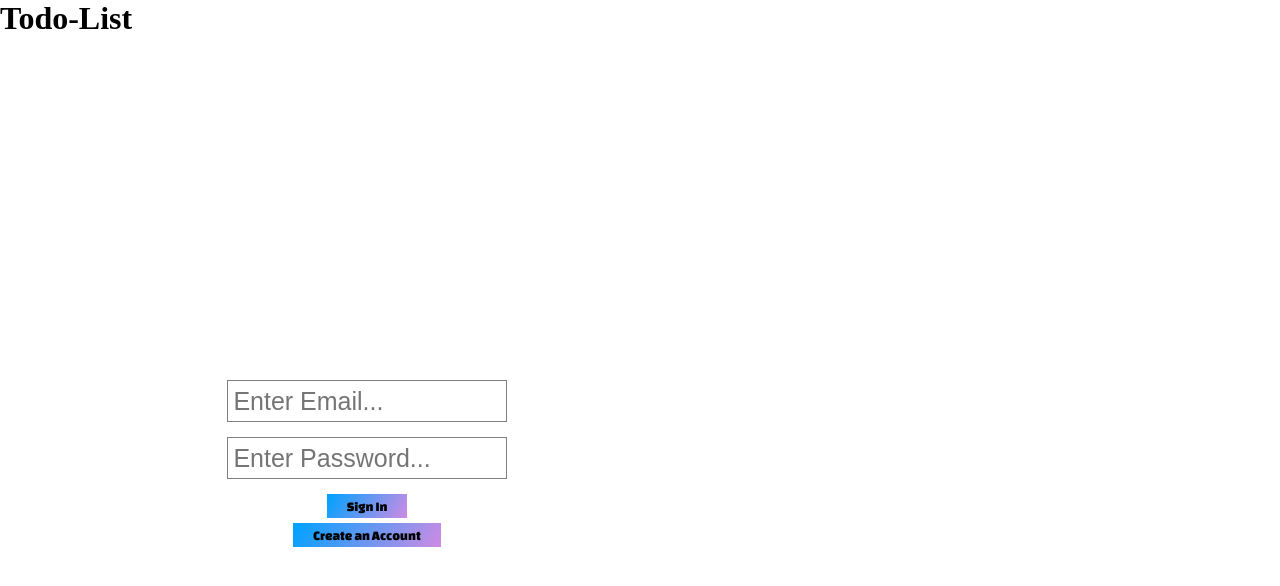
Repository: itadori17/final-fire-todo
Page: /
These files come from the project's save history. The page is drawn as it stood at one moment and after the next save; the edit follows.
The browser window is 1280 px wide. The pictures show the whole page.
The project was rebuilt for these pictures with package versions that can differ from the ones it lists, and the page was loaded fresh each time. Also part of the build but not shown: src/App.css, src/components/homepage.css, src/components/Homepage.js, src/components/Register.js.

Above is the page before, as saved 2022-07-08 14:49:58.

After the next save:
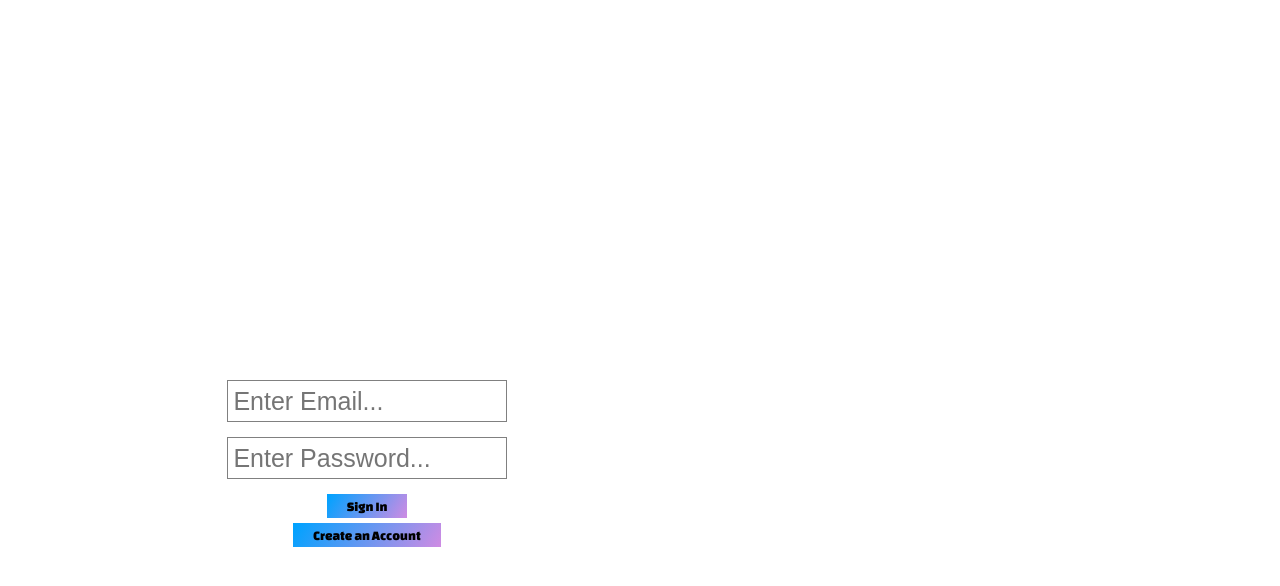
Saved 32 s later.
--- a/src/components/welcome.css
+++ b/src/components/welcome.css
@@ -20,7 +20,15 @@
   position: center;
   color: white;
 }
-
+h1 {
+    font-family: "Changa One";
+    font-weight: normal;
+    font-size: 144px;
+    left: 46px;
+    top: 155px;
+    position: center;
+    color: white;
+  }
 .login-register-container {
   position: absolute;
   display: flex;

After the 2 saves that followed:
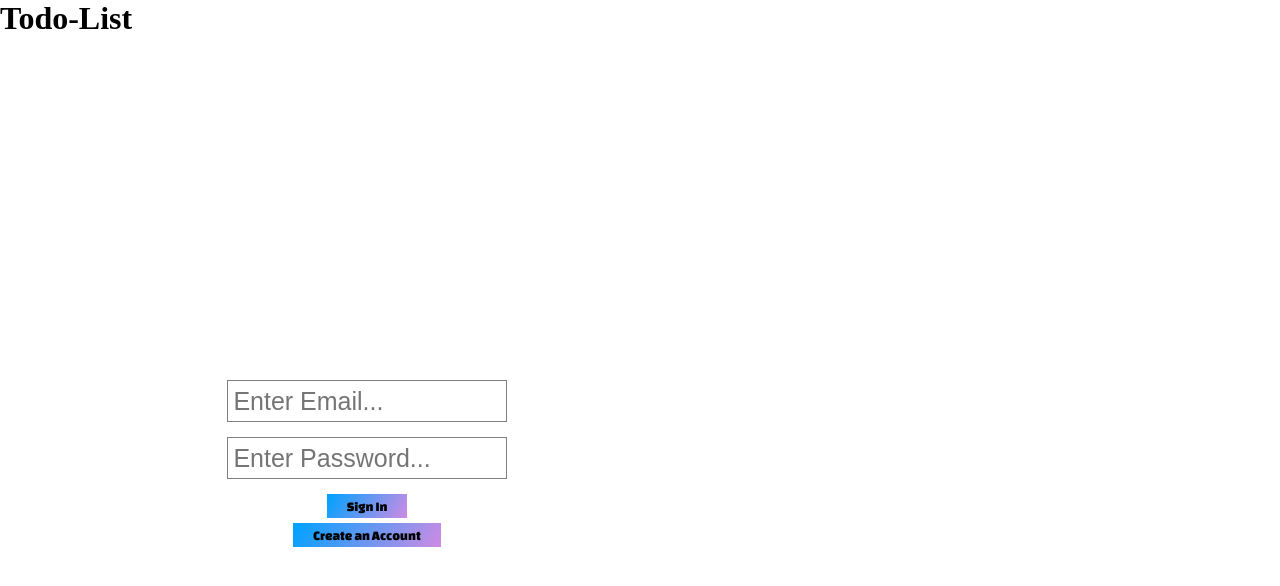
The 2 saves are shown as one change because 1 left the picture as it was.
The last was saved 36 s later.
--- a/src/components/welcome.css
+++ b/src/components/welcome.css
@@ -12,6 +12,7 @@
 }
 
 .welcome > h1 {
+    display: flex;
   font-family: "Changa One";
   font-weight: normal;
   font-size: 144px;
@@ -20,15 +21,7 @@
   position: center;
   color: white;
 }
-h1 {
-    font-family: "Changa One";
-    font-weight: normal;
-    font-size: 144px;
-    left: 46px;
-    top: 155px;
-    position: center;
-    color: white;
-  }
+
 .login-register-container {
   position: absolute;
   display: flex;
